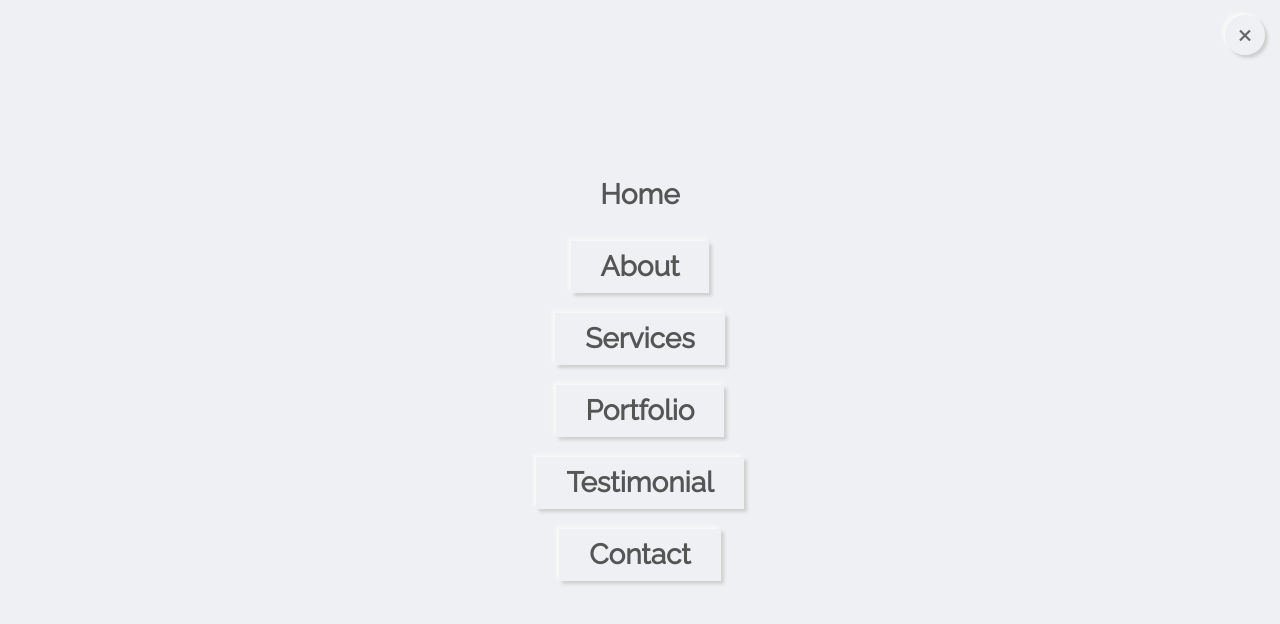
Repository: Mohamed-Hema/Personal-Portfolio---webshala
Page: index.html
These files come from the project's save history. The page is drawn as it stood at one moment and after the next save; the edit follows.
The browser window is 1280 px wide. The pictures show the whole page.

Above is the page before, as saved 2021-05-02 14:18:38.

After the next save:
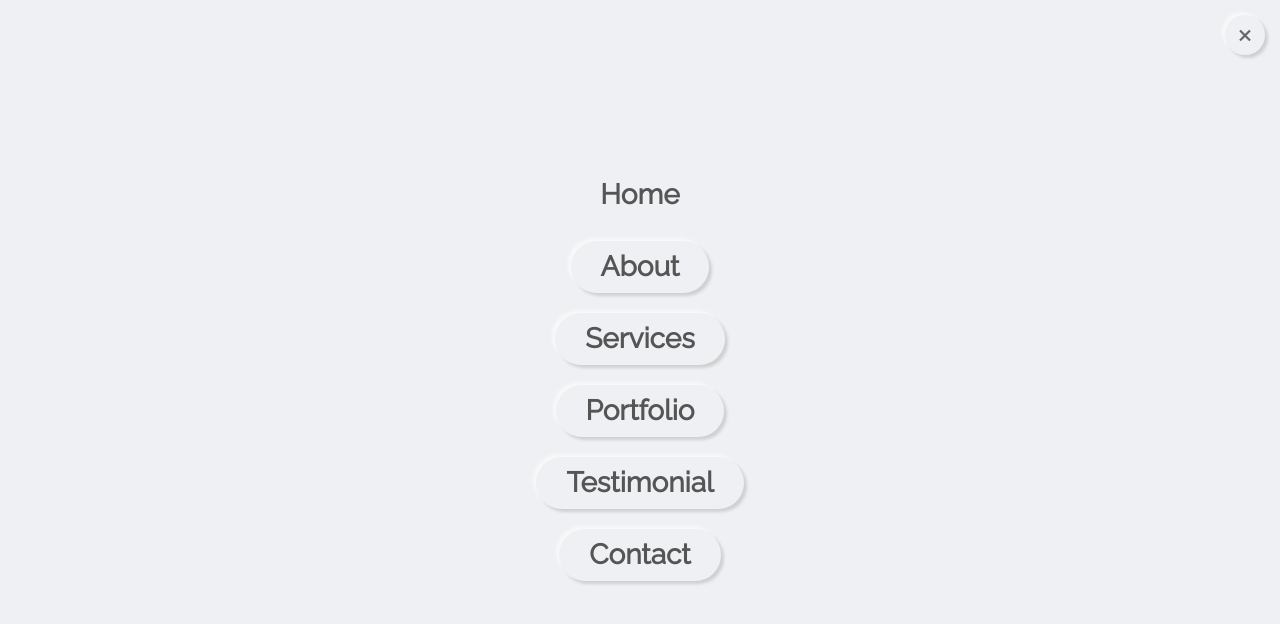
Saved 23 s later.
--- a/css/style.css
+++ b/css/style.css
@@ -197,7 +197,12 @@ img{
     font-weight: 600;
     color: var(--text-black-700);
     padding: 5px 30px;
-}
+    border-radius: 30px;
+
+}
+
+
+
 
 
 
